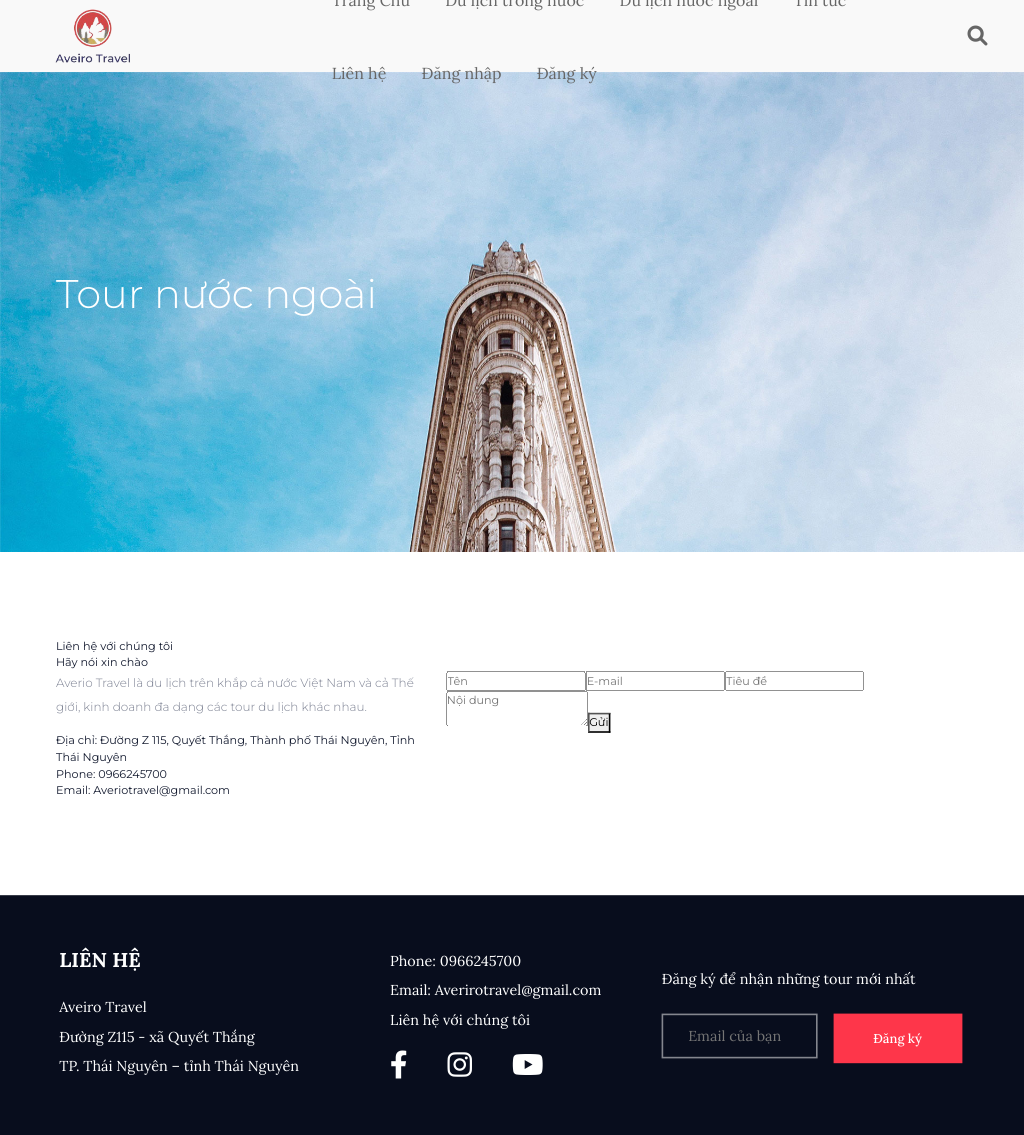
Repository: tuan842001/demotest
Page: /contact
The author's editor kept a copy of each file at every save. The page is drawn from the files as they stood at one save, then again after the next save.
The browser window is 1280 px wide. The pictures show the whole page, at 80% of full size.
The project was rebuilt for these pictures with package versions that can differ from the ones it lists, and the page was loaded fresh each time. Also part of the build but not shown: src/components/header/HeaderHome.jsx, src/components/top/top.css, src/components/post/post.css, src/components/post/Post.jsx, src/components/intourPost/intourPost.css, src/components/intourPost/IntourPost.jsx, src/components/posts/posts.css, src/components/posts/Posts.jsx and 18 more.

Above is the page before, as saved 2021-10-16 18:37:17.

After the next save:
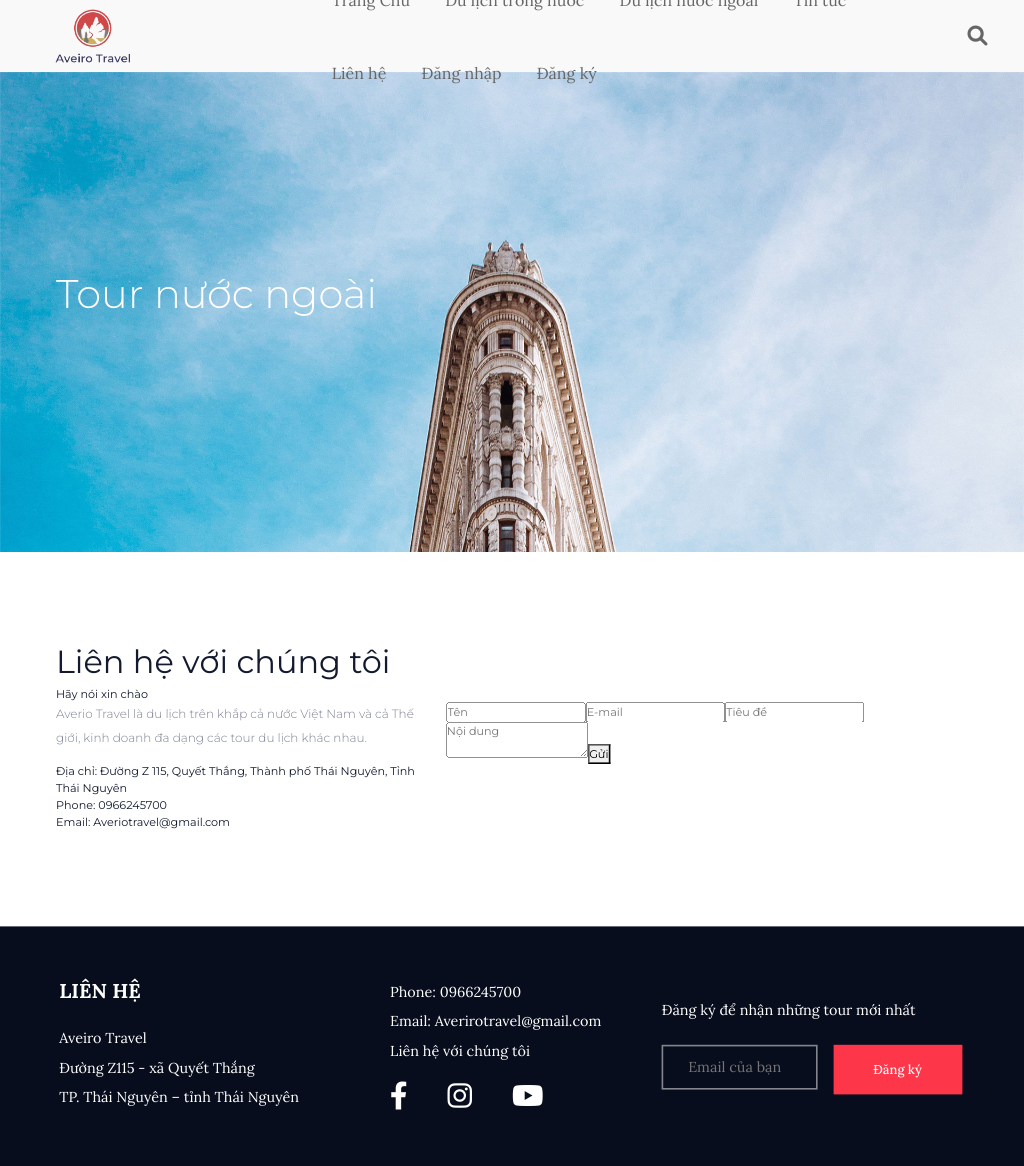
Saved 33 s later.
--- a/src/pages/contact/contact.css
+++ b/src/pages/contact/contact.css
@@ -2,3 +2,8 @@
     padding-top: 107px;
     padding-bottom: 120px;
 }
+.contactTitle {
+    font-size: 40px;
+    font-weight: 400;
+    color: #131a2f;
+}
